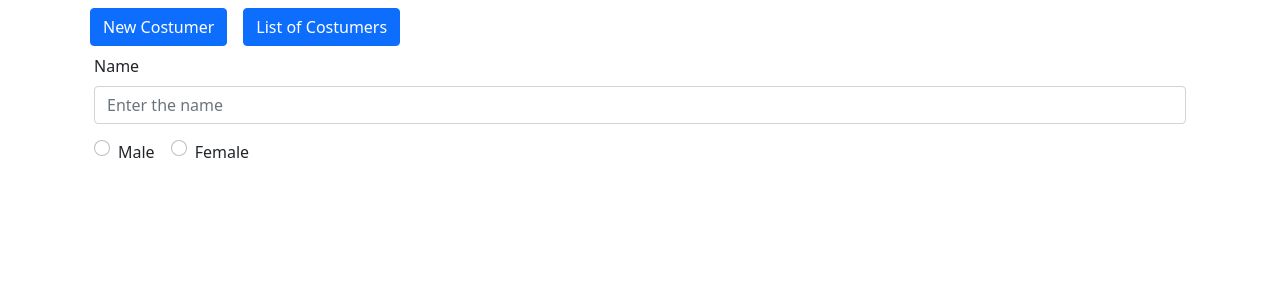
Repository: Sanjayjangra88/combo_app
Page: /, after clicking the first element matching `button.btn`
An editor plug-in stored every save of this project. The page is shown before and after a run of saves, followed by the edit.
The browser window is 1280 px wide. The pictures show the whole page.
Some web libraries are served in a nearby version. The project was rebuilt for these pictures with package versions that can differ from the ones it lists, and the page was loaded fresh each time. Also part of the build but not shown: src/App.js.

Above is the page before, as saved 2022-06-03 17:17:14.

After the next 2 saves:
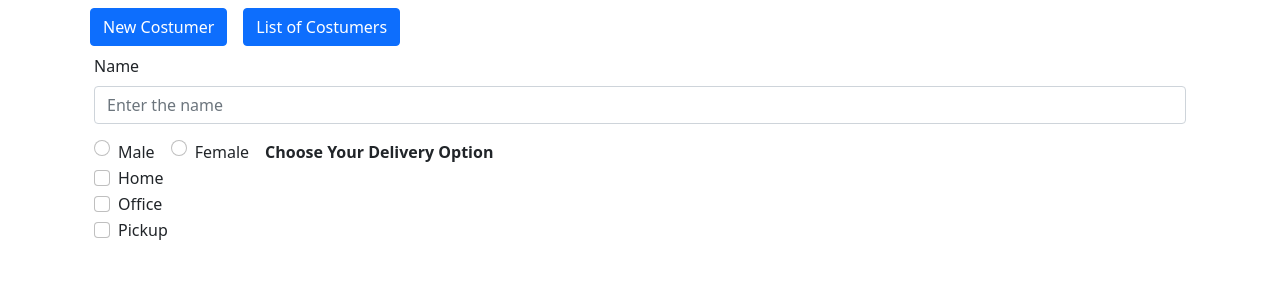
The 2 saves are shown as one change because 1 did not build or start.
The last was saved 12 min 48 s later.
--- a/src/Components/dpForm.jsx
+++ b/src/Components/dpForm.jsx
@@ -2,7 +2,8 @@ import React, { Component } from 'react'
 
 export class dpForm extends Component {
     state={
-        costumers:this.props.costumers
+        costumers:this.props.costumers,
+        delOption:["Home","Office","Pickup"],
     }
     handelChange=(e)=>{
         const {currentTarget:input}=e;
@@ -11,7 +12,8 @@ export class dpForm extends Component {
         this.setState(s1);
     }
   render() {
-      const{name,gender}=this.state.costumers;
+      const{name,gender,del}=this.state.costumers;
+      const{delOption}=this.state;
     return (
       <div className='container'>
            <div className="form-group">
@@ -38,9 +40,30 @@ export class dpForm extends Component {
                     onChange={this.handelChange}/>
                     <label className="form-check-label">Female</label>
                 </div>
+                {this.showCheckBoxes("Choose Your Delivery Option",delOption,"delivery",del)}
       </div>
     )
   }
+  showCheckBoxes=(label,arr,name,del)=>{
+    return(
+        <React.Fragment>
+            <label className='form-check-label font-weight-bold'>{label}</label>
+            {arr.map((ele,index)=>(
+                <div className="form-check">
+                    <input
+                     className='form-check-input'
+                     value={ele}
+                     type="checkbox"
+                     name={name}
+                     checked={del===ele}
+                     onChange={this.handelChange}
+                    />
+                    <label className='form-check-label'>{ele}</label>
+                </div>
+            ))}
+        </React.Fragment>
+    )
+}
 }
 
 export default dpForm
